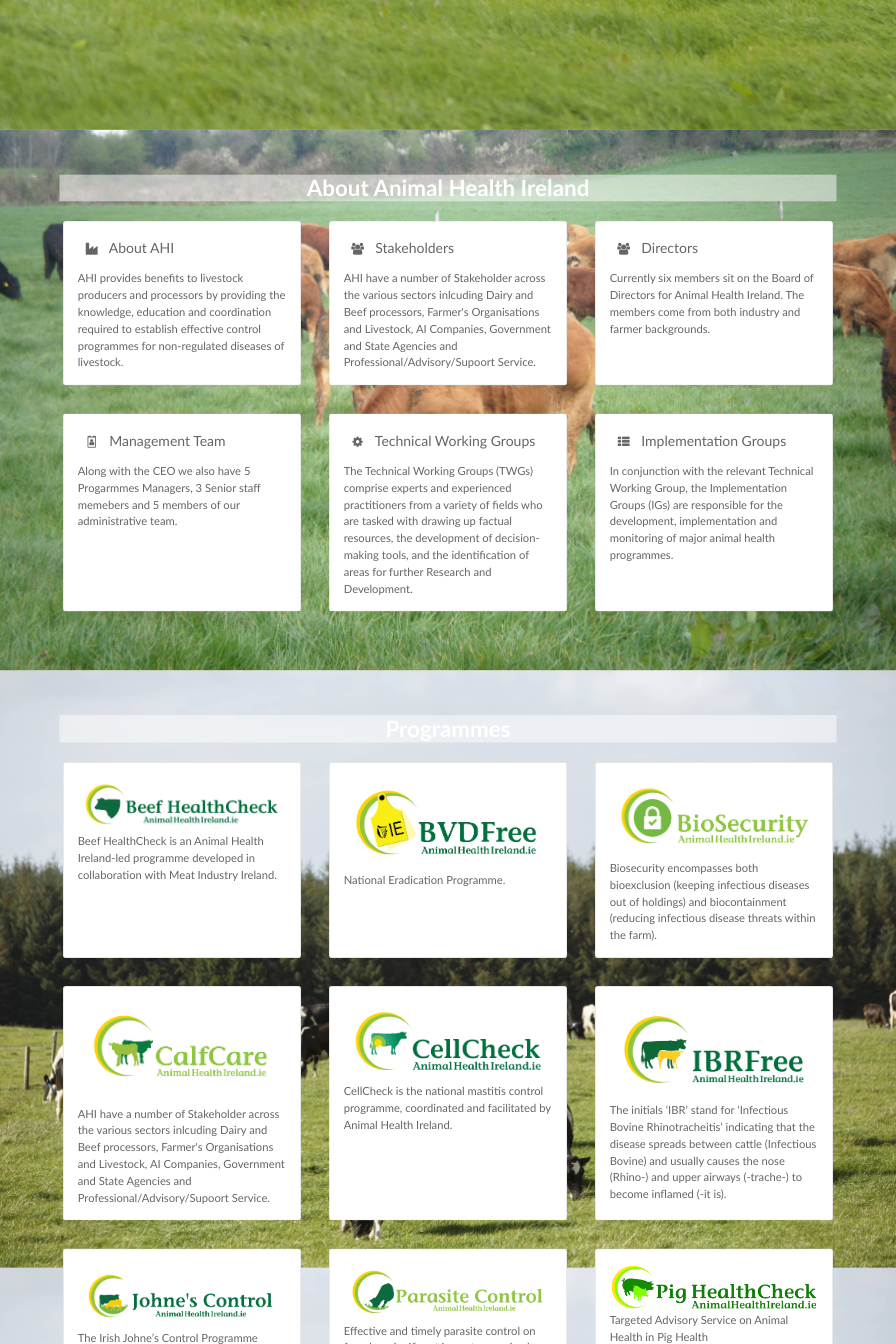
Repository: lisaannbyrne1/MilestoneProject1
Page: index.html
The author's editor kept a record of every edit. The page is drawn from the files as they stood at one moment, then again after the next edit.
The browser window is 1280 px wide. The pictures show the part of the page from y = 651 to 2571 px (the page is 3890 px tall), at 70% of full size.
Backgrounds fixed to the window are drawn as part of the page.

Above is the page before.

### index.html
<!DOCTYPE html>
<html lang="en">

<head>
  <meta charset="UTF-8">
  <meta name="viewport" content="width=device-width, initial-scale=1.0"/>
  <meta http-equiv="X-UA-Compatible" content="ie=edge"/>
  <link rel="stylesheet" href="https://stackpath.bootstrapcdn.com/bootstrap/4.3.1/css/bootstrap.min.css" integrity="sha384-ggOyR0iXCbMQv3Xipma34MD+dH/1fQ784/j6cY/iJTQUOhcWr7x9JvoRxT2MZw1T" crossorigin="anonymous"/>
  <link rel="stylesheet" href="https://cdnjs.cloudflare.com/ajax/libs/font-awesome/4.7.0/css/font-awesome.min.css"/>
  <link rel="stylesheet" href="./assets/css/style.css" type="text/css" />
  <title>Animal Health Ireland</title>
</head>

<body>


  <!--Navigation Bar-->

  <nav class="navbar navbar-expand-lg navbar-light bg-light">
    <a class="navbar-brand" href="#">
    <img src="assets/images/ahi-min.jpg" alt="AHI">
  </a>
    <button class="navbar-toggler" type="button" data-toggle="collapse" data-target="#navbarNav" aria-controls="navbarNav" aria-expanded="false" aria-label="Toggle navigation">
    <span class="navbar-toggler-icon"></span>
  </button>
    <div class="collapse navbar-collapse" id="navbarNav">
      <ul class="navbar-nav">
        <li class="nav-item">
          <a class="nav-link" href="#about">About AHI</a>
        </li>
        <li class="nav-item">
          <a class="nav-link" href="#programmes">Programmes</a>
        </li>
        <li class="nav-item">
          <a class="nav-link" href="#news">Information & News</a>
        </li>
        <li class="nav-item">
          <a class="nav-link" href="#training">Training & Events</a>
        </li>
        <li class="nav-item">
          <a class="nav-link" href="#footer-details">Contact Us</a>
        </li>
      </ul>
    </div>
  </nav>

  <!--Landing-->

  <header>
    <div class="header" id="home">
      <div class="maintext">
        <h1 class="headtext">ANIMAL HEALTH IRELAND</h1>
        <p class="subtext">Contributing to a profitable and sustainable farming and agri-food sector through improved animal health</p>
      </div>
    </div>
  </header>

  <!--About-->

  <div class="jumbotron jumbotron-fluid" id="about">
    <section id="about-ahi">
      <div class="container" id="container-about">
        <h2 class="section-title">About Animal Health Ireland</h2>
        <div class="row">
          <div class="col-md-4 ahi-cards">
            <div class="card">
              <div class="card-body">
                <h5 class="card-title"><i class="fa fa-industry"></i> About AHI</h5>
                <p class="card-text"> AHI provides benefits to livestock producers and processors by providing the knowledge, education and coordination required to establish effective control programmes for non-regulated diseases of livestock.</p>
              </div>
            </div>
          </div>

          <div class="col-md-4 ahi-cards">
            <div class="card">
              <div class="card-body">
                <h5 class="card-title"><i class="fa fa-users"></i> Stakeholders</h5>
                <p class="card-text">AHI have a number of Stakeholder across the various sectors inlcuding Dairy and Beef processors, Farmer's Organisations and Livestock, AI Companies, Government and State Agencies and Professional/Advisory/Supoort Service.</p>
              </div>
            </div>
          </div>

          <div class="col-md-4 ahi-cards">
            <div class="card">
              <div class="card-body">
                <h5 class="card-title"><i class="fa fa-users" aria-hidden="true"></i> Directors</h5>
                <p class="card-text">Currently six members sit on the Board of Directors for Animal Health Ireland. The members come from both industry and farmer backgrounds.</p>
              </div>
            </div>
          </div>
        </div>

        <div class="row">
          <div class="col-md-4 ahi-cards">
            <div class="card">
              <div class="card-body">
                <h5 class="card-title"><i class="fa fa-id-badge"></i> Management Team</h5>
                <p class="card-text">Along with the CEO we also have 5 Progarmmes Managers, 3 Senior staff memebers and 5 members of our administrative team. </p>
              </div>
            </div>
          </div>

          <div class="col-md-4 ahi-cards">
            <div class="card">
              <div class="card-body">
                <h5 class="card-title"><i class="fa fa-cog"></i> Technical Working Groups</h5>
                <p class="card-text">The Technical Working Groups (TWGs) comprise experts and experienced practitioners from a variety of fields who are tasked with drawing up factual resources, the development of decision-making tools, and the identification of areas for
                  further Research and Development.</p>
              </div>
            </div>
          </div>

          <div class="col-md-4 ahi-cards">
            <div class="card">
              <div class="card-body">
                <h5 class="card-title"> <i class="fa fa-th-list"></i> Implementation Groups</h5>
                <p class="card-text">In conjunction with the relevant Technical Working Group, the Implementation Groups (IGs) are responsible for the development, implementation and monitoring of major animal health programmes.</p>
              </div>
            </div>
          </div>

        </div>
      </div>
  </section>
  </div>

  <!--Programmes-->

  <div class="jumbotron jumbotron-fluid" id="programmes">
    <section id="prog">
      <div class="container" id="container-prog">
        <h2 class="section-title">Programmes</h2>

        <div class="row">
          <div class="col-md-4 ahi-cards">
            <div class="card">
              <div class="card-body">
                <img src="assets/images/bhc-min.jpg" class="card-img-top" alt="Beef HealthCheck">
                <p class="card-text">Beef HealthCheck is an Animal Health Ireland-led programme developed in collaboration with Meat Industry Ireland.</p>
              </div>
            </div>
          </div>

          <div class="col-md-4 ahi-cards">
            <div class="card">
              <div class="card-body">
                <img src="assets/images/bvd-min.jpg" class="card-img-top" alt="BVDFree">
                <p class="card-text">National Eradication Programme.</p>
              </div>
            </div>
          </div>

          <div class="col-md-4 ahi-cards">
            <div class="card">
              <div class="card-body">
                <img src="assets/images/bs-min.jpg" class="card-img-top" alt="BioSecurity">
                <p class="card-text">Biosecurity encompasses both bioexclusion (keeping infectious diseases out of holdings) and biocontainment (reducing infectious disease threats within the farm).</p>
              </div>
            </div>
          </div>
        </div>

        <div class="row">
          <div class="col-md-4 ahi-cards">

            <div class="card">
              <div class="card-body">
                <img src="assets/images/cc-min.jpg" class="card-img-top" alt="CalfCare">
                <p class="card-text"> </p>
                <p class="card-text">AHI have a number of Stakeholder across the various sectors inlcuding Dairy and Beef processors, Farmer's Organisations and Livestock, AI Companies, Government and State Agencies and Professional/Advisory/Supoort Service.</p>
              </div>
            </div>
          </div>

          <div class="col-md-4 ahi-cards">
            <div class="card">
              <div class="card-body">
                <img src="assets/images/cck-min.jpg" class="card-img-top" alt="CellCheck">
                <p class="card-text">CellCheck is the national mastitis control programme, coordinated and facilitated by Animal Health Ireland.</p>
              </div>
            </div>
          </div>

          <div class="col-md-4 ahi-cards">
            <div class="card">
              <div class="card-body">
                <img src="assets/images/ibr-min.jpg" class="card-img-top" alt="IBRFree">
                <p class="card-text">The initials ‘IBR’ stand for ‘Infectious Bovine Rhinotracheitis’ indicating that the disease spreads between cattle (Infectious Bovine) and usually causes the nose (Rhino-) and upper airways (-trache-) to become inflamed (-it is).</p>
              </div>
            </div>
          </div>
        </div>

        <div class="row">
          <div class="col-md-4 ahi-cards">

            <div class="card">
              <div class="card-body">
                <img src="assets/images/jd-min.jpg" class="card-img-top" alt="Johnes Disease">
                <p class="card-text">The Irish Johne’s Control Programme (IJCP) represents a significant step for the Irish cattle industries in developing a long-term approach to the control of Johne’s disease.</p>
              </div>
            </div>
          </div>

          <div class="col-md-4 ahi-cards">
            <div class="card">
              <div class="card-body">
                <img src="assets/images/pc-min.jpg" class="card-img-top" alt="Parasite Control">
                <p class="card-text">Effective and timely parasite control on farm has significant impacts on animal health, farm productivity and the processing industry.</p>
              </div>
            </div>
          </div>

          <div class="col-md-4 ahi-cards">
            <div class="card">
              <div class="card-body">
                <img src="assets/images/phc-min.jpg" class="card-img-top" alt="Pig Heath Check">
                <p class="card-text">Targeted Advisory Service on Animal Health in Pig Health</p>
              </div>
            </div>
          </div>
        </div>
      </div>
  </section>
 </div>

  <!--Information & News-->

  <div class="jumbotron jumbotron-fluid" id="news">
    <section id="info">
      <div class="container" id="container-training">
        <h2 class="section-title">Information & News</h2>
        <div class="row">
          <div class="col-md-4 ahi-cards">
            <div class="card">
              <div class="card-body">
                <h5 class="card-title"><i class="fa fa-newspaper-o" aria-hidden="true"></i> Newsletters & Bulletins</h5>
                <p class="card-text">Sign up here to receive AHI Newsletters and Bulletins.</p>
                <a href="https://portal.animalhealthireland.ie/NewsletterSignUp/" target="_blank" class="btn btn-outline-secondary">Sign Up</a>
              </div>
            </div>
          </div>

          <div class="col-md-4 ahi-cards">
            <div class="card">
              <div class="card-body">
                <h5 class="card-title"><i class="fa fa-book" aria-hidden="true"></i>Published Guides</h5>
                <p class="card-text">AHI has created a series of helpful information publications which are available to download as a PDF.</p>
                <a href="https://portal.animalhealthireland.ie/NewsletterSignUp/" target="_blank" class="btn btn-outline-secondary">Sign Up</a>
              </div>
            </div>
          </div>
          <div class="col-md-4 ahi-cards">
            <div class="card">
              <div class="card-body">
                <h5 class="card-title"><i class="fa fa-briefcase" aria-hidden="true"></i> Careers</h5>
                <p class="card-text">Please check back again for vacancies with Animal Health Ireland.</p>
              </div>
            </div>
          </div>
        </div>
      </div>
  </section>
 </div>

  <!--Training & Events-->

  <div class="jumbotron jumbotron-fluid" id="training">
    <section id="train-events">
      <div class="container" id="containertraining">
        <h2 class="section-title">Training & Events</h2>
        <div class="row">
          <div class="col-md-4 ahi-cards">
            <div class="card">
              <div class="card-body">
                <h5 class="card-title"><i class="fa fa-graduation-cap" aria-hidden="true"></i>Veterinary Training</h5>
                <p class="card-text">As part of the Rural Development Plan 2014-2020, DAFM, in conjunction with the EU, are funding a Targeted Advisory Service on Animal Health (TASAH) for farmers, delivered by trained veterinary practitioners.</p>
              </div>
            </div>
          </div>
          <div class="col-md-4 ahi-cards">
            <div class="card">
              <div class="card-body">
                <h5 class="card-title"><i class="fa fa-check-square-o" aria-hidden="true"></i>Training Experience of Interest</h5>
                <p class="card-text">Register your interest in taking part in future training relating to AHI Programmes.</p>
                <a href="https://portal.animalhealthireland.ie/traineoi/" target="_blank" class="btn btn-outline-secondary">Expression of Interest</a>
              </div>
            </div>
          </div>
          <div class="col-md-4 ahi-cards">
            <div class="card">
              <div class="card-body">
                <h5 class="card-title"><i class="fa fa-calendar" aria-hidden="true"></i>Events</h5>
                <p class="card-text">Please check back for up and coming on farm and training events that will be taking place.</p>
              </div>
            </div>
          </div>
        </div>
      </div>
  </div>
  </section>
 </div>

  <!--Footer-->

  <footer class="container-fluid">
    <div id="footer-details" class="row">

      <div class="col-sm-4 center-block text-center" id="footer">
        <h5>Sign Up with Us</h5>
        <a href="https://portal.animalhealthireland.ie/NewsletterSignUp/" target="_blank" class="btn btn-secondary">Newsletters & Bulletins</a>
        <a href="https://portal.animalhealthireland.ie/traineoi/" target="_blank" class="btn btn-secondary">Expression of Interest</a>
      </div>

      <div class="col-sm-4 center-block text-center" id="footer">
        <h5>Contact Us</h5>
        <i class="fa fa-phone" aria-hidden="true"></i> +353 (0) 71 9671928<br>
        <i class="fa fa-envelope" aria-hidden="true"></i> admin@animalhealthireland.ie<br>
        <i class="fa fa-map-marker" aria-hidden="true"></i> 4-5 The Archways, Carrick-on-Shannon, Co. Leitrim N41 WN2<br>
      </div>

      <div class="col-sm-4 center-block text-center" id="footer">
        <h5 class="h5">Follow Us On</h5>
        <div class="footer-social-icons">
          <a href="https://www.facebook.com/Animal.Health.Ireland/" target="_blank" class="fa fa-facebook"></a>
          <a href="https://twitter.com/animalhealthire?lang=en" target="_blank" class="fa fa-twitter"></a>
          <a href="https://www.youtube.com/channel/UCriAefzKXK5CNfb0e8MikMA" target="_blank" class="fa fa-youtube"></a>
          <a href="https://ie.linkedin.com/company/animal-health-ireland" target="_blank" class="fa fa-linkedin"></a>
        </div>
      </div>

    </div>
  </footer>

  <script src="https://code.jquery.com/jquery-3.3.1.slim.min.js" integrity="sha384-q8i/X+965DzO0rT7abK41JStQIAqVgRVzpbzo5smXKp4YfRvH+8abtTE1Pi6jizo" crossorigin="anonymous"></script>
  <script src="https://cdnjs.cloudflare.com/ajax/libs/popper.js/1.14.7/umd/popper.min.js" integrity="sha384-UO2eT0CpHqdSJQ6hJty5KVphtPhzWj9WO1clHTMGa3JDZwrnQq4sF86dIHNDz0W1" crossorigin="anonymous"></script>
  <script src="https://stackpath.bootstrapcdn.com/bootstrap/4.3.1/js/bootstrap.min.js" integrity="sha384-JjSmVgyd0p3pXB1rRibZUAYoIIy6OrQ6VrjIEaFf/nJGzIxFDsf4x0xIM+B07jRM" crossorigin="anonymous"></script>

</body>

</html>

### assets/css/style.css
/*--Fonts--*/

h3,
h5,
p {
    color: #676464;
    font-family: Calibri, Helvetica, sans-serif;
}

.section-title {
    background: rgba(255, 255, 255, 0.5);
    color: #fff;
    font-family: Calibri, Helvetica, sans-serif;
    font-weight: 900;
    text-align: center;
}


/*--Landing fonts/images--*/

body {
    margin: 0;
}

.headtext {
    align-items: center;
    background: rgba(255, 255, 255, 0.5);
    color: #fff;
    font-family: Calibri, Helvetica, sans-serif;
    font-size: 4rem;
    font-weight: 900;
}

.subtext {
    align-items: center;
    background: rgba(255, 255, 255, 0.5);
    color: #fff;
    font-family: Calibri, Helvetica, sans-serif;
    font-size: 1.2rem;
    font-weight: 900;
}

/*--Sections--*/

.header {
    background-attachment: fixed;
    background-image: url("../images/landing-min.jpg");
    background-position: bottom;
    background-size: cover;
    height: 100vh;
    text-align: center;
    width: 100%;
    z-index: 1;
}

.maintext {
    position: relative;
    top: 50%;
    transform: translateY(-50%);
}


/*--Navigation--*/

.navbar {
    position: sticky;
    position: -webkit-sticky;
    top: 0;
    width: 100%;
    z-index: 1000000;
}

.bg-light {
    background-color: #ffffff !important;
}

.navbar-expand-lg .navbar-nav .nav-link {
    font-family: Calibri, Helvetica, sans-serif;
    font-size: 20px;
    padding-left: 4rem;
    padding-right: 4rem;
}

/*--Sections--*/

#about {
    background-attachment: fixed;
    background-image: url("../../assets/images/about-min.JPG");
    background-position: bottom;
    background-size: cover;
    margin-bottom: 0px;
    z-index: 1;
}

#programmes {
    background-attachment: fixed;
    background-image: url("../../assets/images/prog-min.jpg");
    background-position: bottom;
    background-size: cover;
    margin-bottom: 0px;
    z-index: 1;
}

#news {
    background-attachment: fixed;
    background-image: url("../../assets//images/news-min.JPG");
    background-position: bottom;
    background-size: cover;
    margin-bottom: 0px;
    z-index: 1;
}

#training {
    background-attachment: fixed;
    background-image: url("../../assets/images/training-min.jpg");
    background-position: bottom;
    background-size: cover;
    margin-bottom: 0px;
    z-index: 1;
}


/*--Cards--*/

.ahi-cards {
    display: grid;
    grid-template-rows: none|auto|max-content|min-content|length|initial|inherit;
    padding: 20px 20px 20px 20px;
}

.card-body {
    flex: 1 1 auto;
    padding: 1.25rem;
}


/*--Transitions--*/

.card {
    transform: translateZ(0px);
    transition-duration: .3s;
    transition-property: transform;
}

.card:hover {
    transform: scale(1.1);
}


/*--Footer--*/

.container-fluid {
    background-color: #fff;
    padding-top: 20px;
    width: 100%;
}

.col-sm-4 {
    padding-bottom: 20px;
    padding-top: 20px;
}

.btn-secondary {
    margin-bottom: 10px;
    margin-top: 10px;
    width: 50%;
}

#footer {
    color: #676464;
    font-family: Calibri, Helvetica, sans-serif;
}

a {
    color: #000;
    color: rgba(0, 0, 0, .5);
    text-decoration: none;
}

.button {
    background-color: #4CAF50;
    border: none;
    color: white;
    cursor: pointer;
    display: inline-block;
    font-size: 16px;
    margin: 4px 2px;
    padding: 15px 32px;
    text-align: center;
    text-decoration: none;
}

a.button {
    text-decoration: none;
}

.footer-social-icons {
    padding-top: 20px;
}


/*--Footer Socials--*/

.fa {
    border-radius: 50%;
    font-size: 17px;
    padding: 10px;
    text-align: center;
    text-decoration: none;
    width: 40px;
}

.fa:hover {
    opacity: 0.7;
    text-decoration: none;
}

.fa-facebook {
    background: #3B5998;
    color: white;
}

.fa-twitter {
    background: #55ACEE;
    color: white;
}

.fa-youtube {
    background: #bb0000;
    color: white;
}

.fa-linkedin {
    background: #007bb5;
    color: white;
}



/*--Media Queries--*/

After the next edit:
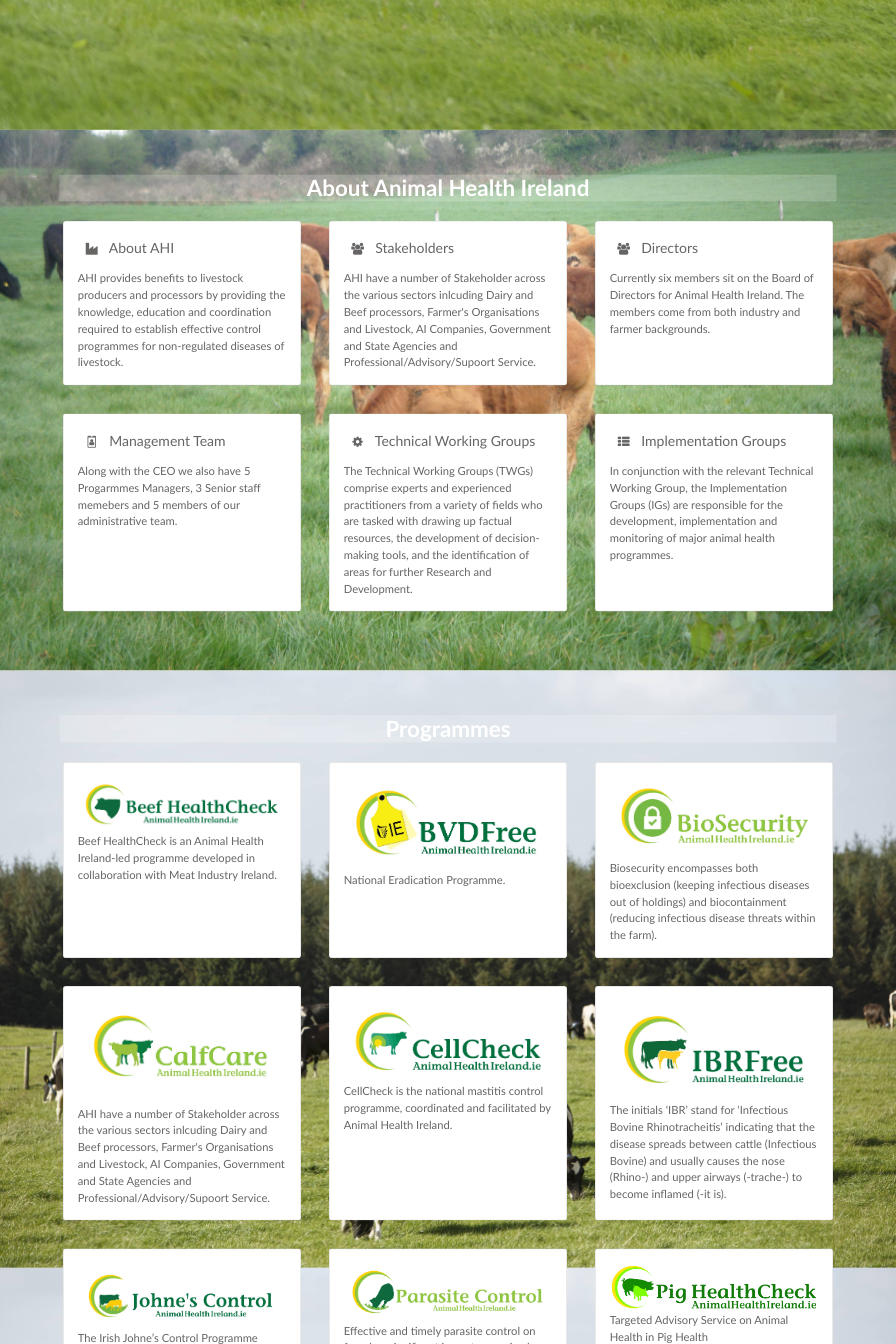
The edit:
--- a/assets/css/style.css
+++ b/assets/css/style.css
@@ -8,7 +8,7 @@
 }
 
 .section-title {
-    background: rgba(255, 255, 255, 0.5);
+    background: rgba(255, 255, 255, 0.2);
     color: #fff;
     font-family: Calibri, Helvetica, sans-serif;
     font-weight: 900;
